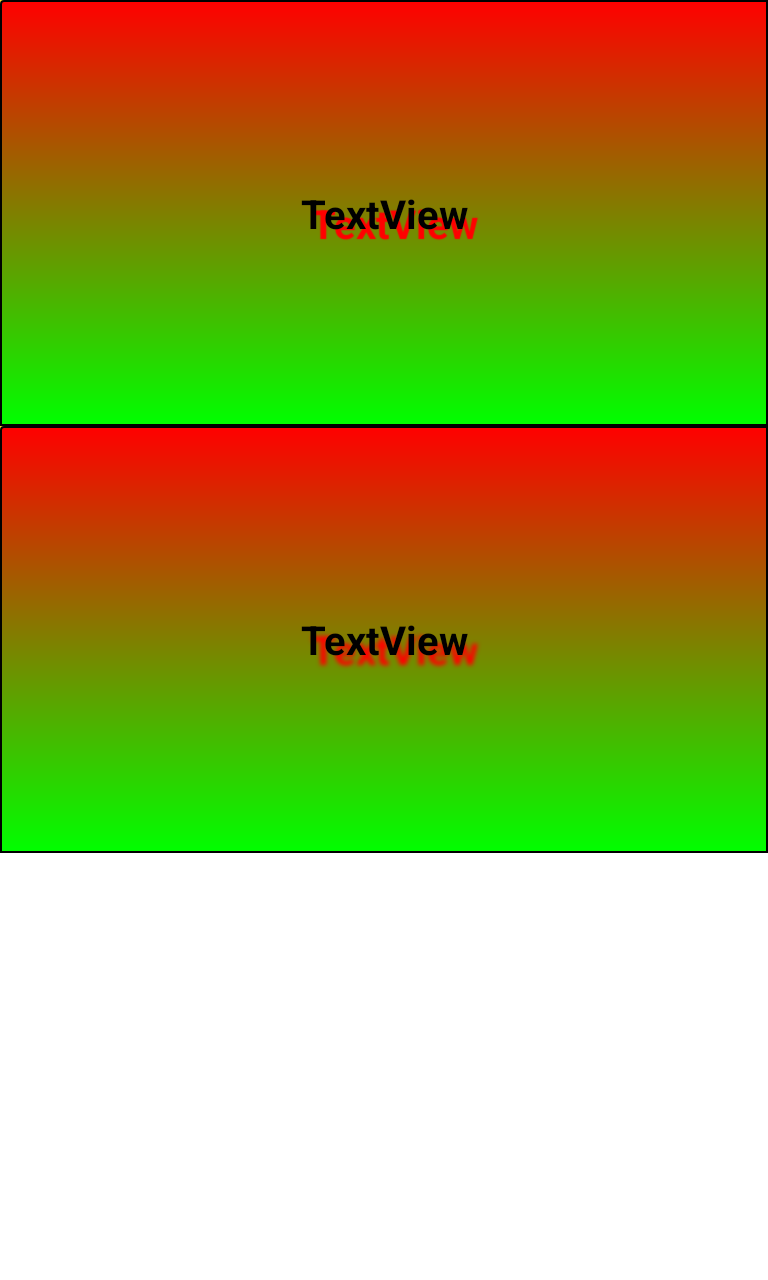
Repository: yhtaphp/yhtqgit
Layout: android/TextView/res/layout/activity_main.xml
The author's editor kept a copy of each file at every save. The layout is drawn from the files as they stood at one save, then again after the next save.
It is drawn on a 768 x 1280 px phone screen (xhdpi) without system bars, with theme AppTheme; the app's code is not run.

Above is the layout before, as saved 2016-09-11 13:39:10.

After the next save:
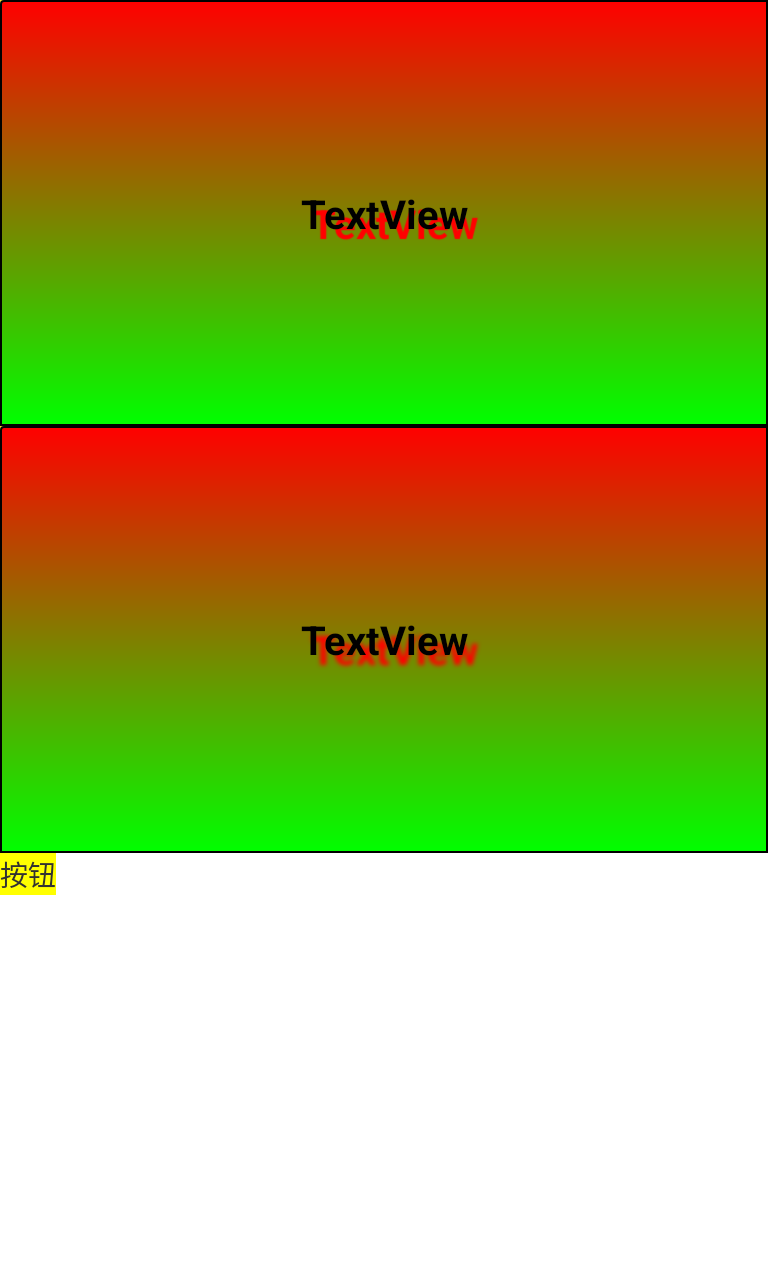
Saved 12 s later.
--- a/android/TextView/res/layout/activity_main.xml
+++ b/android/TextView/res/layout/activity_main.xml
@@ -47,7 +47,7 @@
                android:layout_width="wrap_content"
                android:layout_height="wrap_content"
                android:background="#ff0"
-               />
+               android:text="按钮"/>
        </TableRow>
    </TableLayout>
 </LinearLayout>
